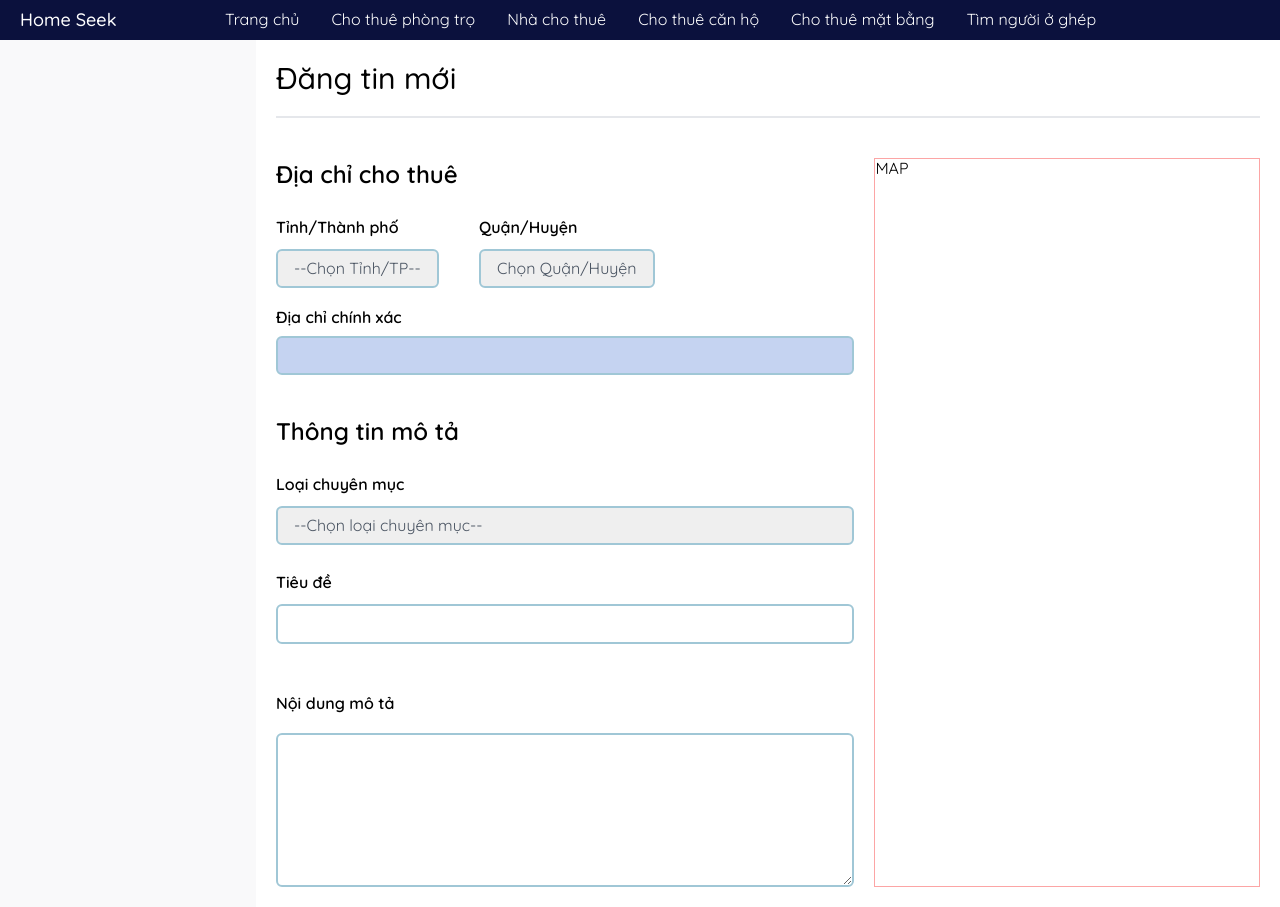
Repository: ajincome26/homeseek
Page: /create (app in client/)
An editor plug-in stored every save of this project. The page is shown before and after the next save, followed by the edit.
The browser window is 1280 px wide. The pictures show the whole page.
The page's requests for data from a server got no answer. The project was rebuilt for these pictures with package versions that can differ from the ones it lists, and the page was loaded fresh each time. Some packages were replaced by stand-ins written for this rebuild. No one was signed in, and anything a server would have sent is missing. Also part of the build but not shown: client/vite.config.ts, client/src/components/Footer/Footer.tsx, client/src/components/Button/Button.tsx, client/src/components/Button/index.ts, client/src/utils/utils.tsx, client/src/components/MainHeader/components/User.tsx, client/src/components/Popover/Popover.tsx, client/src/components/Popover/index.ts and 16 more.

Above is the page before, as saved 2024-01-10 05:22:55.

After the next save:
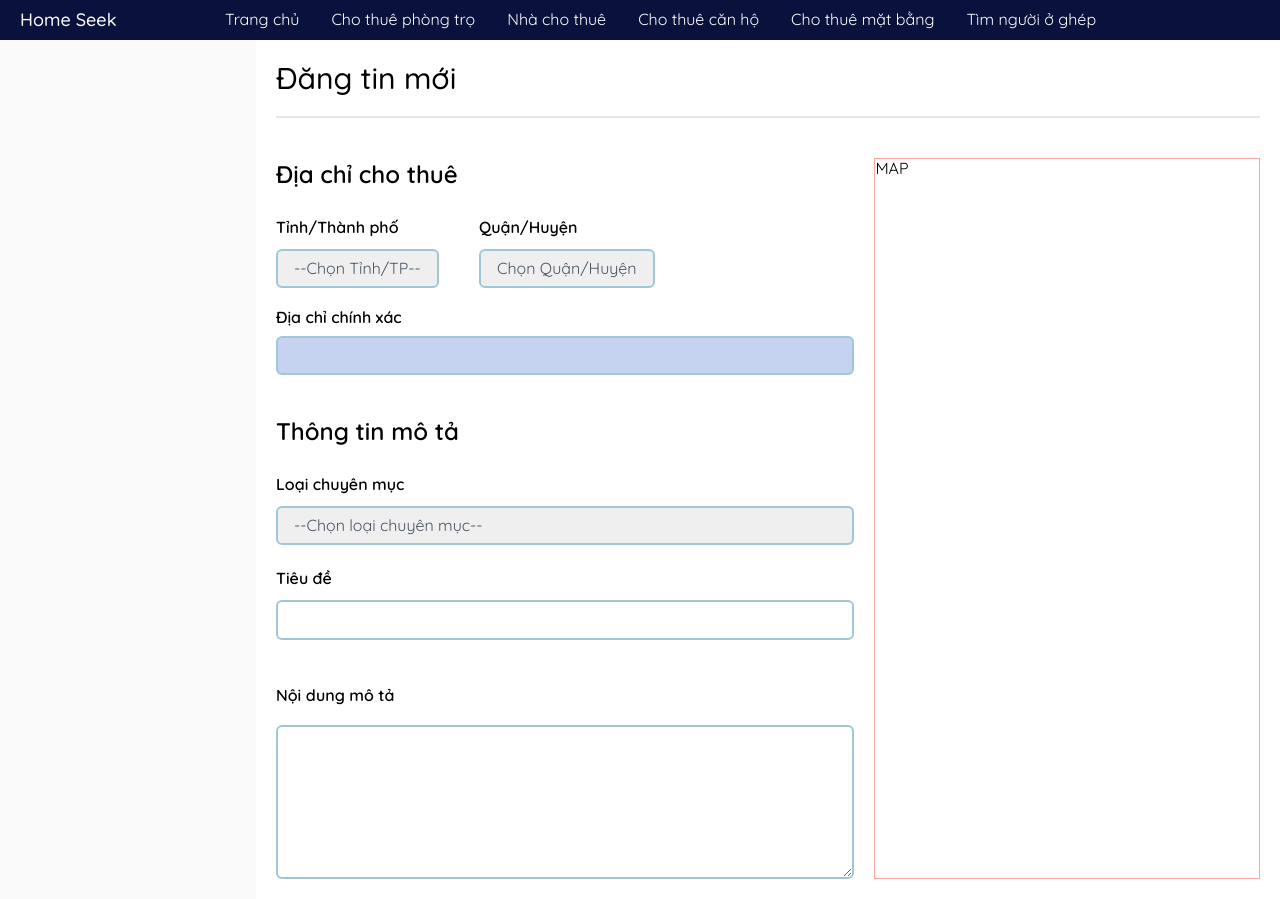
Saved 2 min 21 s later.
--- a/client/src/pages/CreatePostPage/components/Overview.tsx
+++ b/client/src/pages/CreatePostPage/components/Overview.tsx
@@ -23,7 +23,7 @@ const Overview = () => {
   return (
     <div>
       <h1 className='mb-5 text-2xl font-semibold'>Thông tin mô tả</h1>
-      <div className='flex flex-col gap-5'>
+      <div className='flex flex-col gap-4'>
         <Field>
           <Label textColor='text-black' htmlFor='title'>
             Loại chuyên mục
